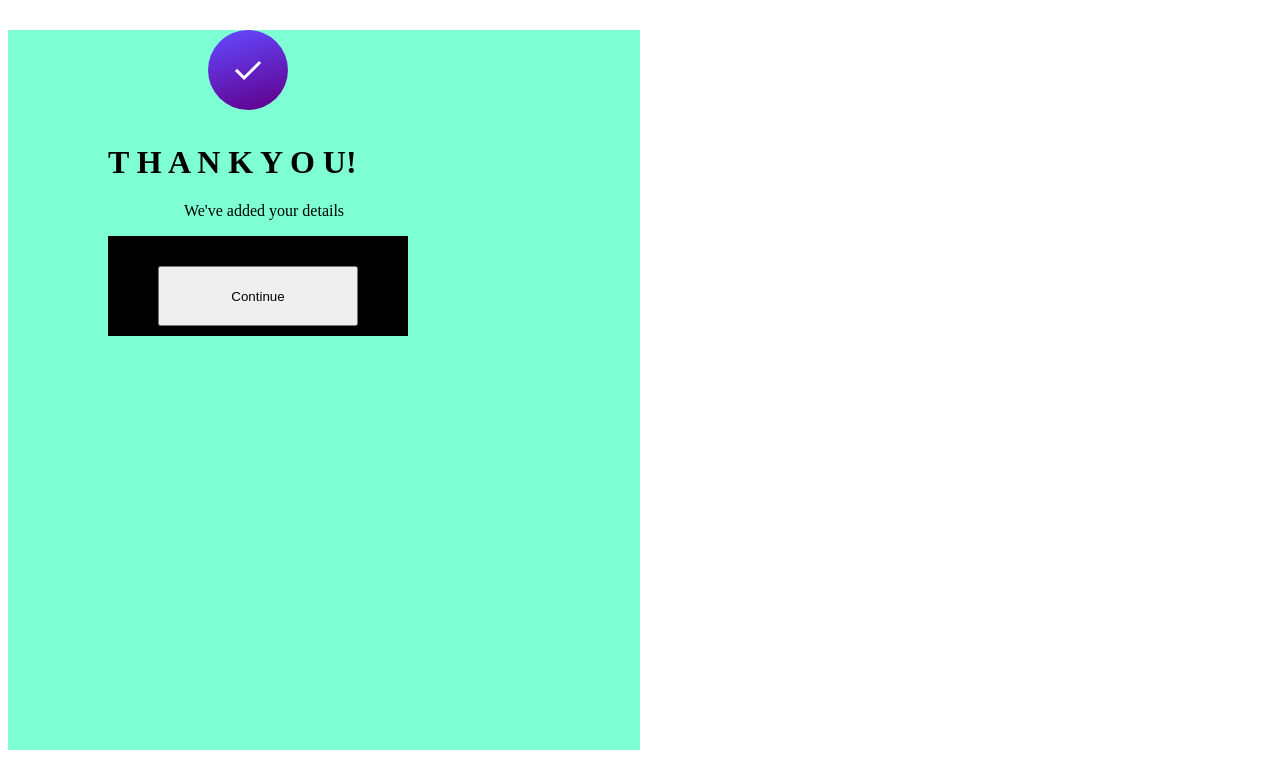
Repository: Abhi2359/frontendchallenge-1
Page: /
These files come from the project's save history. The page is drawn as it stood at one moment and after the next save; the edit follows.
The browser window is 1280 px wide. The pictures show the whole page.
The project was rebuilt for these pictures with package versions that can differ from the ones it lists, and the page was loaded fresh each time. Also part of the build but not shown: src/components/Cards/Card1.css, src/components/Cards/Card1.js, src/components/Cards/Card2.css, src/components/Cards/Card2.js, src/components/Layout/Layout.js.

Above is the page before, as saved 2023-02-15 17:32:26.

After the next save:
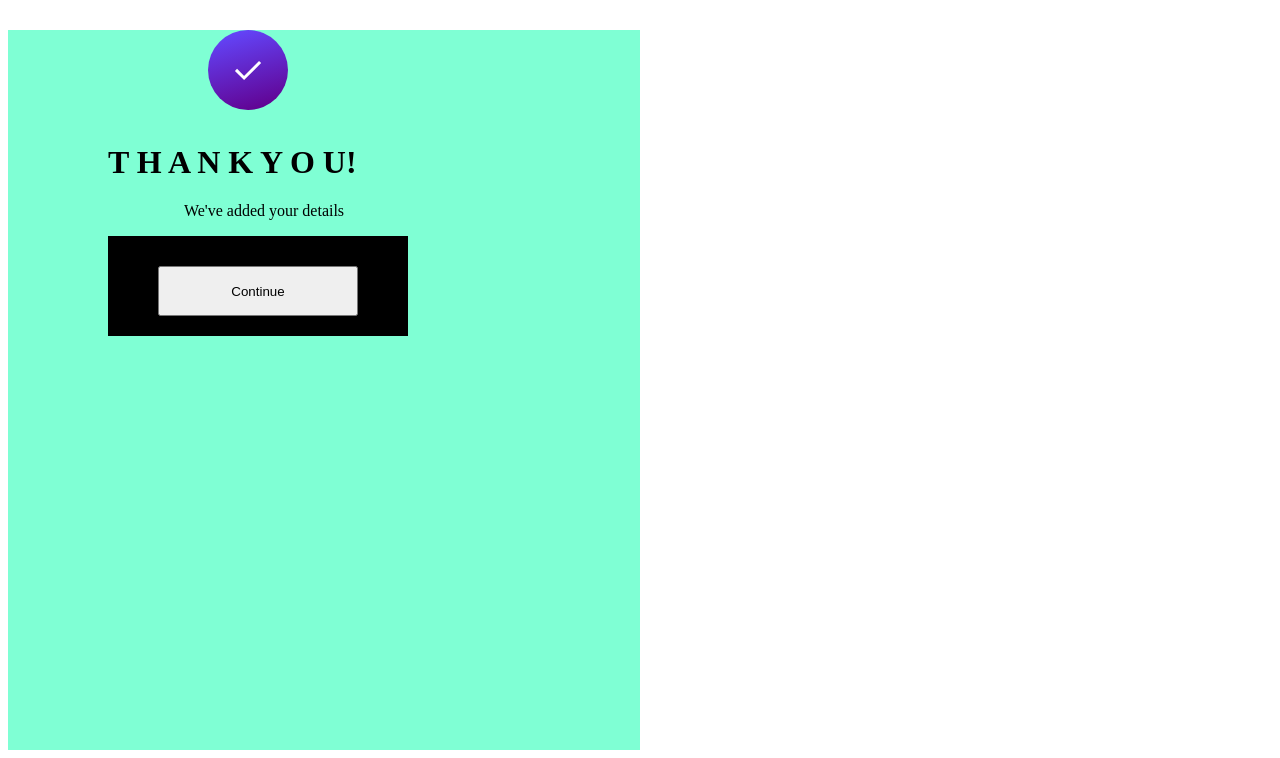
Saved 10 s later.
--- a/src/components/Add/Compelete.css
+++ b/src/components/Add/Compelete.css
@@ -25,5 +25,5 @@
   margin-left: 50px;
   margin-top: 30px;
   width: 200px;
-  height: 60px;
+  height: 50px;
 }
